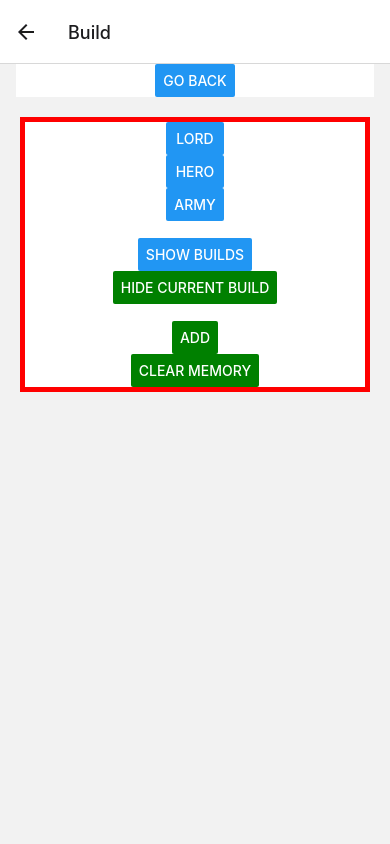
Repository: LingyuLiu11/mobile_app
Screen: /Build, after clicking the first element matching `div.r-paddingBottom-97e31f > button`
These files come from the project's save history. The screen is drawn as it stood at one moment and after a run of saves; the edit follows.
The app was drawn by React Native's web renderer in a window 390 px wide. The project was rebuilt for these pictures with package versions that can differ from the ones it lists, and the page was loaded fresh each time. Also part of the build but not shown: components/Reviews.js.

Above is the screen before, as saved 2021-10-25 02:06:58.

### App.js
import * as React from 'react';
import { Image, TextInput, FlatList, StyleSheet, View, Button, Text, Animated } from 'react-native';
import { NavigationContainer } from '@react-navigation/native';

import { createStackNavigator } from '@react-navigation/stack';
import Reviews from './components/Reviews'
import AsyncStorage from '@react-native-async-storage/async-storage';
import Builds from './components/Builds'

const Separator = () => (
  <View style={styles.separator} />
);



function Main({ navigation }) {


  return (


    <div>
      <View style={styles.container}>
        <Text>Main screen</Text>
        <Separator />
        <Button
          margintop = '10'
          title="Go to Profile"
          onPress={() => navigation.navigate('Profile')}
        />
        <Separator />

      </View>
      <View style = {styles.container}>
        <Button
          margintop = '10'
          title="Go to About"
          onPress={() => navigation.navigate('About')}
        />
        <Separator />
      </View>
      <View style = {styles.container}>
        <Button
          margintop = '10'
          title="Go to Reviews"
          onPress={() => navigation.navigate('Review')}
        />
      </View>
       <Separator />

       <View style = {styles.container}>
        <Button
          margintop = '10'
          title="Make my build"
          onPress={() => navigation.navigate('Build')}
        />
      </View>
       <Separator />

    </div>
  );
}

function Profile({ navigation }) {

  const [text, setText] = React.useState("Your name");
  return (
    <div>
      <View style={{ flex: 1, justifyContent: 'center', alignItems: 'center' }}>
        <Text>Profile screen</Text>
        <Separator />
        <Button title="Go back" onPress={() => navigation.goBack()} />
      </View>


      <View style={{ flex: 1, justifyContent: 'center', alignItems: 'center' }}>
        <TextInput
          style={styles.input}
          placeholder="Your name"
          value={text}
          onChangeText={text => setText(text)}
        />
        <Text style={{padding: 10, fontSize: 42}}>
        Hello {text.split(' ').map((word) => word ).join(' ')}
        </Text>
      </View>

      <View style={{ flex: 1, justifyContent: 'center', alignItems: 'center', flexDirection: "row" }}>
        <View style={{ flex: 1, justifyContent: 'center', alignItems: 'center' }}>
          <Image
            style={{
              resizeMode: "cover",
              height: 100,
              width: 200
            }}
            source={"https://upload.wikimedia.org/wikipedia/en/2/27/Total_War_Warhammer_3_cover_art.jpg"}
          />
          <Text>Totalwar Warhammer 3!</Text>
          </View>
        <Separator />
        <View style={{ flex: 1, justifyContent: 'center', alignItems: 'center' }}>
          <Image
            style={{
              resizeMode: "cover",
              height: 100,
              width: 200
            }}
            source={"https://www.nme.com/wp-content/uploads/2021/09/Total-Warhammer-3-Grand-Cathay-Dragon.jpg"}
          />
        <Text>Grand Cathay</Text>
        </View>
        <View style={{ flex: 1, justifyContent: 'center', alignItems: 'center' }}>

        <Image
          style={{
            resizeMode: "cover",
            height: 100,
            width: 200
          }}
          source={"https://encrypted-tbn0.gstatic.com/images?q=tbn:ANd9GcSM9n6tQzcRE8CXMXP5GXIIgYIF3wXVMZy4JA&usqp=CAU"}
        />
        <Text>Kislev</Text>
        </View>

      </View>


    </div>
  );
}

function About({ navigation }) {
  return (
    <div>
      <View style={{ flex: 1, justifyContent: 'center', alignItems: 'center' }}>
        <Text>About screen</Text>
        <Separator />
        <FlatList
          data={[
            {key: 'Lingyu Liu'},
            {key: 'CS 153A'},
            {key: 'Assignment2'},

          ]}
          renderItem={({item}) => <Text style={styles.item}>{item.key}</Text>}
        />

      </View>

      <View style = {styles.container}>
          <Button title="Go back" onPress={() => navigation.goBack()} />
      </View>
    </div>
  );
}

function Review({ navigation }) {
  return (
    <div>
      <View style = {styles.container}>
          <Button title="Go back" onPress={() => navigation.goBack()} />
      </View>
      <Reviews />
    </div>

  );
}

function Build({ navigation }) {
  return (
    <div>
      <View style = {styles.container}>
          <Button title="Go back" onPress={() => navigation.goBack()} />
      </View>
      <Builds />
    </div>

  );
}



const forFade = ({ current, next }) => {
  const opacity = Animated.add(
    current.progress,
    next ? next.progress : 0
  ).interpolate({
    inputRange: [0, 1, 2],
    outputRange: [0, 1, 0],
  });

  return {
    leftButtonStyle: { opacity },
    rightButtonStyle: { opacity },
    titleStyle: { opacity },
    backgroundStyle: { opacity },
  };
};

const Stack = createStackNavigator();

function MyStack() {
  return (
    <Stack.Navigator>
      <Stack.Screen
        name="Main"
        component={Main}
        options={{
          headerTintColor: 'white',
          headerStyle: { backgroundColor: 'tomato' },
        }}
      />
      <Stack.Screen
        name="Profile"
        component={Profile}
        options={{ headerStyleInterpolator: forFade }}
      />
      <Stack.Screen
        name="About"
        component={About}
        options={{ headerStyleInterpolator: forFade }}
      />
      <Stack.Screen
        name="Review"
        component={Review}
        options={{ headerStyleInterpolator: forFade }}
      />
      <Stack.Screen
        name="Build"
        component={Build}
        options={{ headerStyleInterpolator: forFade }}
      />


    </Stack.Navigator>
  );
}



export default function App() {
  return (
    <NavigationContainer>
      <MyStack />
    </NavigationContainer>
  );
}

const styles = StyleSheet.create({
  container: {
    flex: 1,
    justifyContent: 'center',
    alignItems: 'center',
    backgroundColor: '#fff',
    alignItems: 'center',
    justifyContent: 'center',
    marginHorizontal: 16,
  },
  separator: {
    marginVertical: 8,
    borderBottomColor: '#737373',
    borderBottomWidth: StyleSheet.hairlineWidth,
  },
  item: {
    padding: 10,
    fontSize: 18,
    height: 44,
  },
  input: {
    height: 40,
    margin: 12,
    borderWidth: 1,
    padding: 10,
  },
});

### components/Builds.js
import React, { useState, useEffect } from "react";
import { Image, TextInput, FlatList, StyleSheet, View, Button, Text, Animated, SafeAreaView, StatusBar } from 'react-native';
import AsyncStorage from '@react-native-async-storage/async-storage';

const Separator = () => (
    <View style={styles.separator} />
  );

const Builds = () => {
    const [builds, setBuilds] = useState([]);
    const [debugging,setDebugging] = useState(false)
    const [curr,setCurr] = useState('')
    const [currlooking,setCurrlooking] = useState(false)

    useEffect(() => {getData()}, []);

    let debugView = "";
  if (debugging) {
    debugView =
      <View>
          {builds.map((build) =>
          <View><Text style ={{color:'red'}}>{build}</Text></View>
        )}
        <Separator />
      </View>

  }

  let currView = "";
  if (currlooking) {
    currView =
      <View>

          <Text style ={{color:'blue'}}>{curr}</Text>

        <Separator />
      </View>
}



    const storeData = async (value) => {
        try {
          const jsonValue = JSON.stringify(value)
          await AsyncStorage.setItem('@reviews', jsonValue)
          console.log('just stored '+jsonValue)
        } catch (e) {
          console.dir(e)
        }
    }

    const getData = async() => {
      try {
        const jsonValue = await AsyncStorage.getItem('@reviews')
        let data = null
        if (jsonValue != null) {
          data = JSON.parse(jsonValue)
          setBuilds(data);
          setCurr('');
        } else {
          setBuilds([]);
          setCurr('')

        }
      } catch (e) {
        console.dir(e)
      }

    }



    const clearAll = async () => {
        try {
          console.log('in clearData')
          await AsyncStorage.clear()
        } catch(e) {
          console.log("error in clearData ")
          console.dir(e)
          // clear error
        }
  }


    const DATA = [
        {
          id: 'bd7acbea-c1b1-46c2-aed5-3ad53abb28ba',
          title: 'Lord',
        },
        {
          id: '3ac68afc-c605-48d3-a4f8-fbd91aa97f63',
          title: 'Hero',
        },
        {
          id: '58694a0f-3da1-471f-bd96-145571e29d72',
          title: 'Army',
        },
      ];

      const Item = ({ title }) => {
        return (
          <View style={styles.item}>
            <Button style={styles.title} title={title }
                onPress={()=> {
                    const newCurr = curr.concat(title + ' ');
                    setCurr(newCurr);
                    storeData(newCurr);
                  }}

            />
          </View>
        );
      }

        const renderItem = ({ item }) => (
          <Item title={item.title} />
        )
      return (
        <SafeAreaView style={styles.container}>
          <FlatList
            data={DATA}
            renderItem={renderItem}
            keyExtractor={item => item.id}
          />
          <Separator />
          <Button
                  title={(currlooking?'hide':'show')+" Builds" }
                  color=""
                  onPress = {() => setDebugging(!debugging)}
                  />
          <currView/>
      <Button
                  title={(debugging?'hide':'show')+" current build" }
                  color="green"
                  onPress = {() => setDebugging(!debugging)}
                  />
                  {debugView}

                  <Button
          color="green"
          title="Add"
          onPress={()=> {
            const newBuilds = builds.concat(curr);
            setBuilds(newBuilds);
            storeData(newBuilds);
            setCurr('');
          }}/>
          <Button
                  color='green' title='Clear memory'
                  onPress = {() => {
                        console.log('clearing memory');
                        clearAll()
                      }}
                />
        </SafeAreaView>


      );
}

const styles = StyleSheet.create({
    container: {
        flex: 1,
        flexDirection:'column',
        backgroundColor: '#fff',
        alignItems: 'center',
        justifyContent: 'center',
        border: "thick solid red",
        margin:"20px",
        padding:"20px",
      },
      separator: {
      marginVertical: 8,
      borderBottomColor: '#737373',
      borderBottomWidth: StyleSheet.hairlineWidth,
    },
  });

export default Builds;

After the next 4 saves:
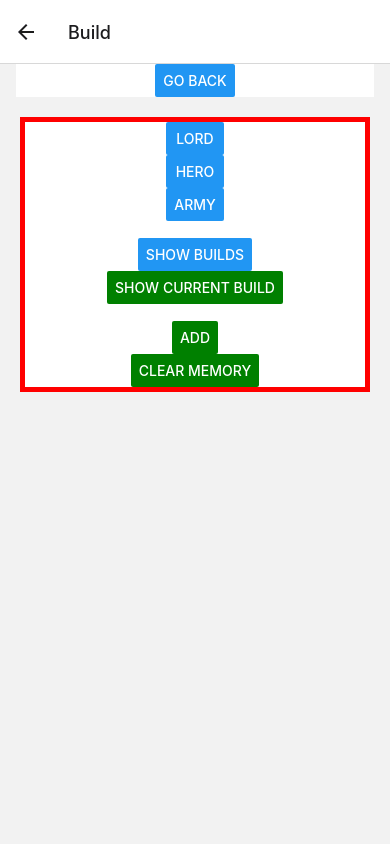
The 4 saves are shown as one change because they came seconds apart.
The last was saved 38 s later.
--- a/components/Builds.js
+++ b/components/Builds.js
@@ -130,9 +130,9 @@ const Builds = () => {
                   />
           <currView/>
       <Button
-                  title={(debugging?'hide':'show')+" current build" }
+                  title={(currlooking?'hide':'show')+" current build" }
                   color="green"
-                  onPress = {() => setDebugging(!debugging)}
+                  onPress = {() => setDebugging(!currlooking)}
                   />
                   {debugView}
 
